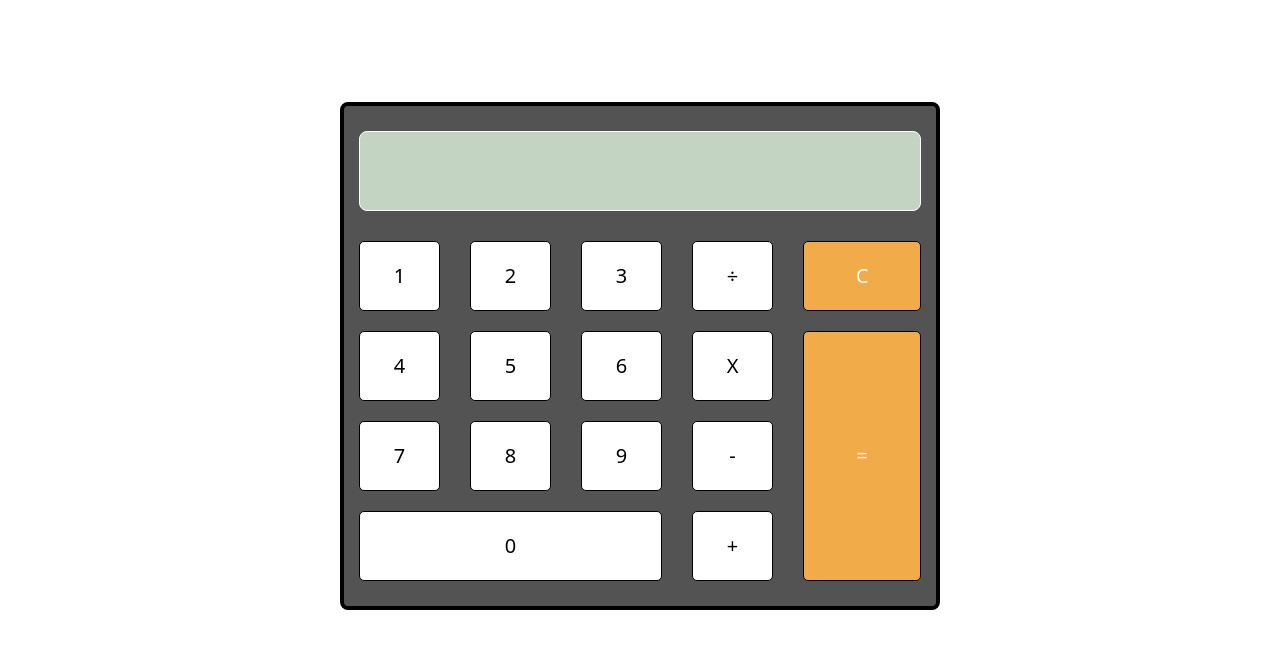
Repository: jsakdalan/CalculatorReactTypescript
Page: /
The author's editor kept a copy of each file at every save. The page is drawn from the files as they stood at one save, then again after the next save.
The browser window is 1280 px wide. The pictures show the whole page.
The project was rebuilt for these pictures with package versions that can differ from the ones it lists, and the page was loaded fresh each time. Also part of the build but not shown: src/App.css.

Above is the page before, as saved 2022-06-07 17:51:21.

After the next save:
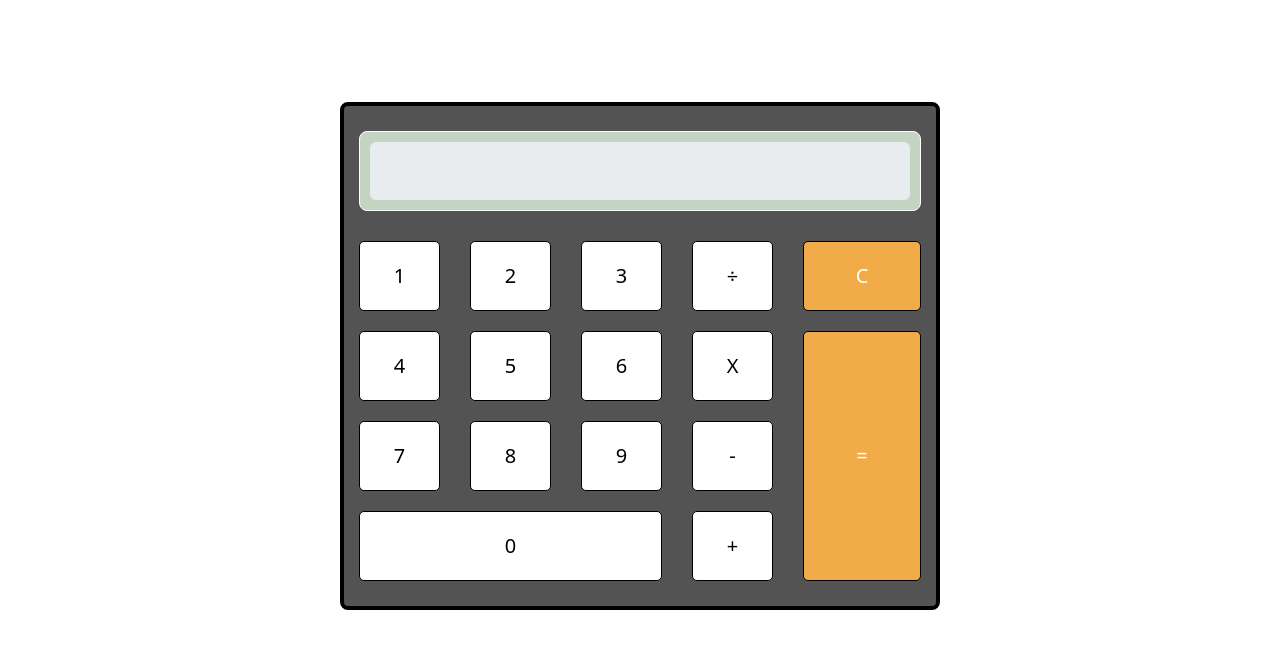
Saved 6 s later.
--- a/src/pages/Calculator.tsx
+++ b/src/pages/Calculator.tsx
@@ -24,7 +24,7 @@ export default function TextEditor(){
                     <FormControl
       aria-label="Default"
       aria-describedby="inputGroup-sizing-default"
-      disable
+      disabled
     />
             </InputGroup>
         )

After the save that followed:
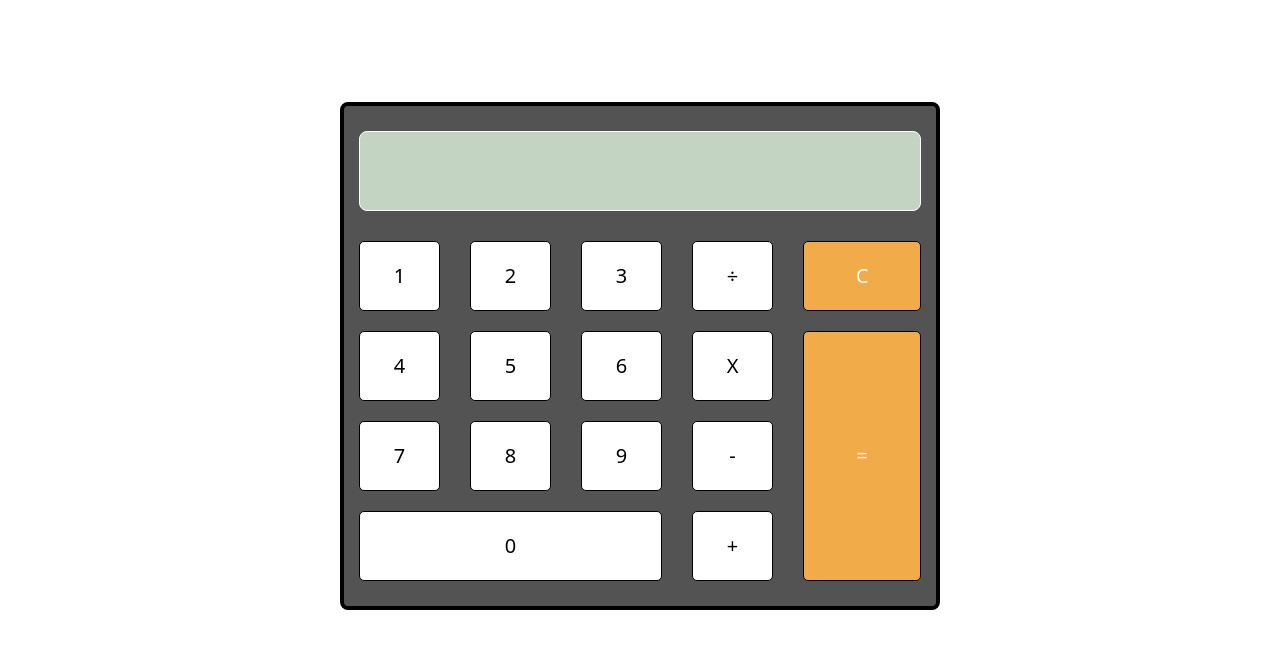
Saved 7 s later.
--- a/src/pages/Calculator.css
+++ b/src/pages/Calculator.css
@@ -35,7 +35,7 @@
     text-align: right;
 }
 
-.input-group>.form-control:focus{
+.input-group>.form-control:disabled{
     box-shadow: none;
     background-color: #c3d4c3;
 }
